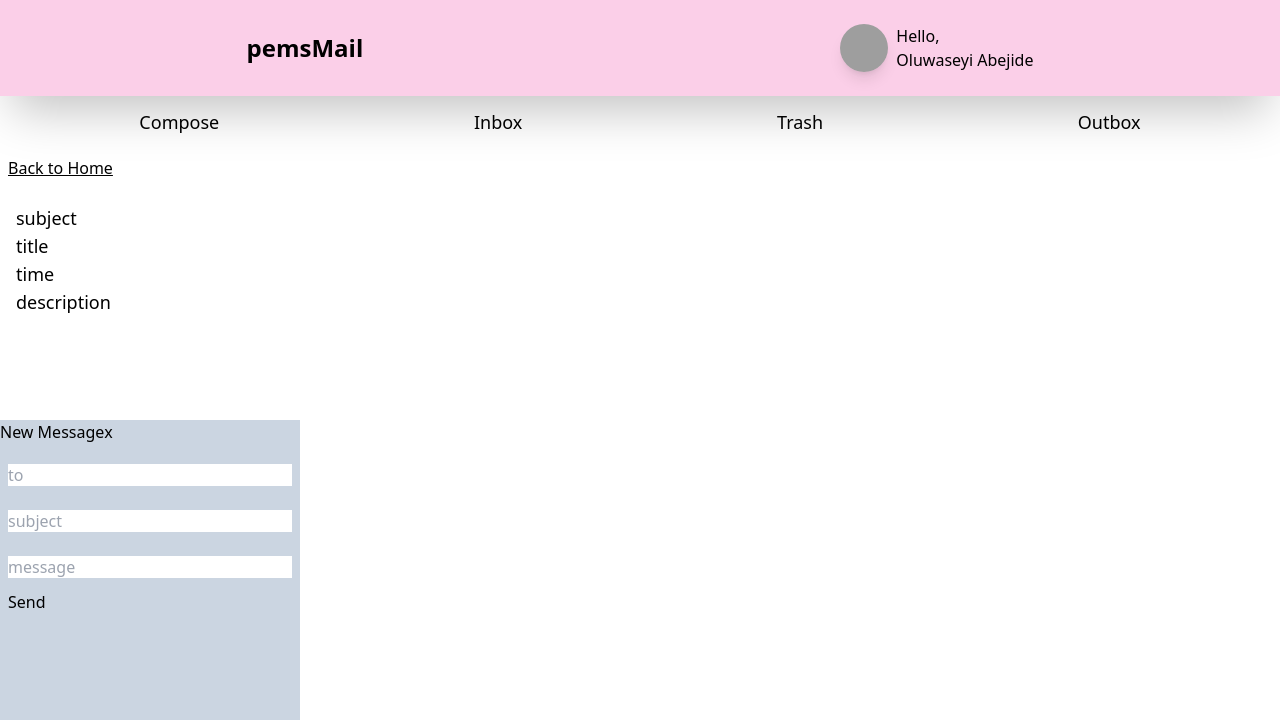
Repository: Semanmernstack/mailclone
Page: /mail
These files come from the project's save history. The page is drawn as it stood at one moment and after the next save; the edit follows.
The browser window is 1280 px wide. The pictures show the whole page.
Pictures or frames that could not be fetched are drawn as grey boxes. The project was rebuilt for these pictures with package versions that can differ from the ones it lists, and the page was loaded fresh each time. Also part of the build but not shown: src/features/counter/Counter.module.css, src/features/counter/Counter.js, src/OpenRow.js, src/Open.js.

Above is the page before, as saved 2023-01-16 04:10:05.

After the next save:
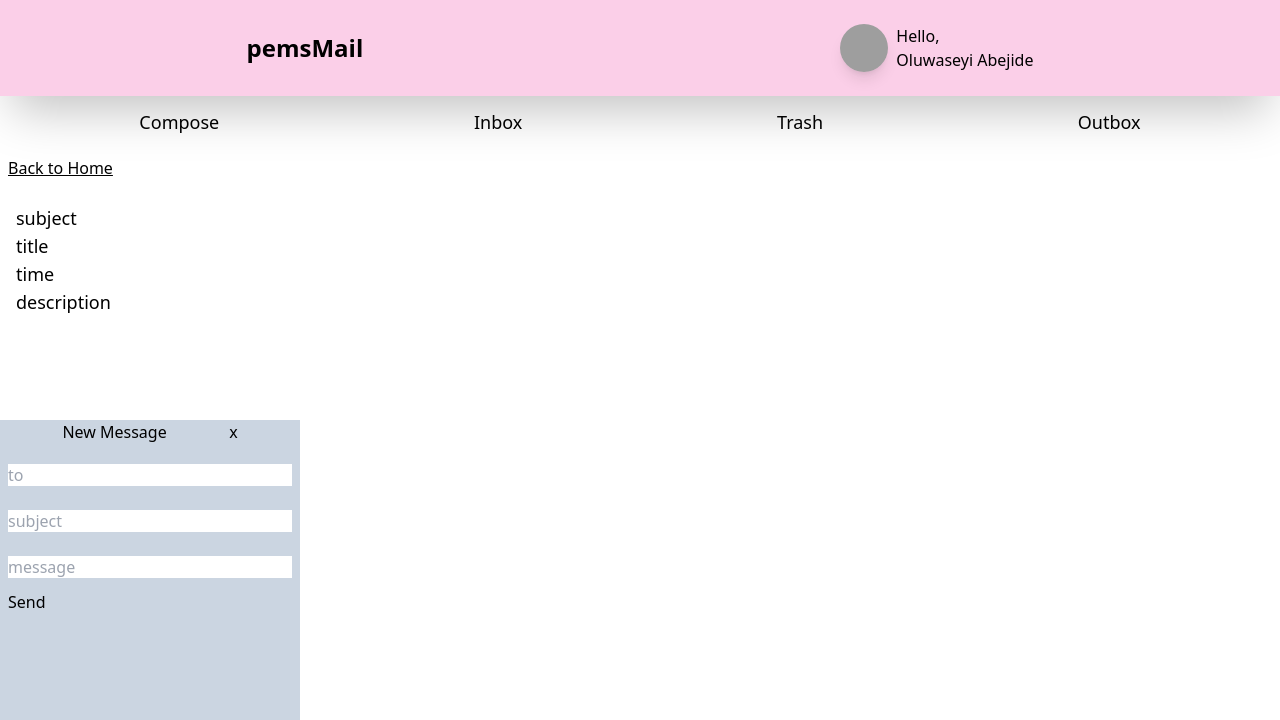
Saved 13 s later.
--- a/src/SendMail.js
+++ b/src/SendMail.js
@@ -6,7 +6,7 @@ function SendMail() {
     const onSubmit = (formData) => {}
   return (
     <div className=" flex absolute bottom-0 flex-col max-width-[350px] h-[300px] w-[300px] bg-slate-300">
-            <div className="flex ">
+            <div className="flex items-center justify-evenly ">
                 <h3>New Message</h3>
                 <button   >x</button>
             </div>
